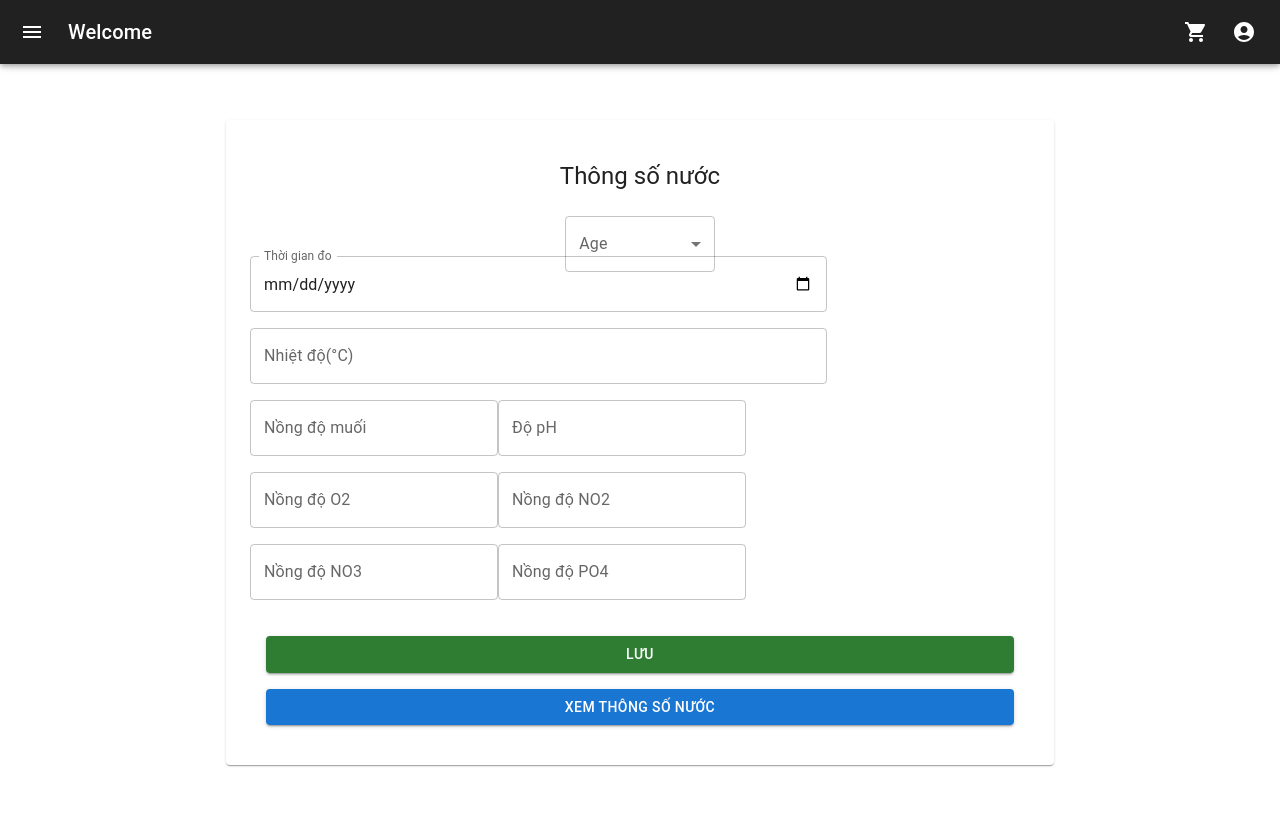
Repository: huynguyenj/KOICARE_FRONTEND
Page: /userhome/param (app in kcs-frontend/)
The author's editor kept a copy of each file at every save. The page is drawn from the files as they stood at one save, then again after a run of saves.
The browser window is 1280 px wide. The pictures show the whole page.
The project was rebuilt for these pictures with package versions that can differ from the ones it lists, and the page was loaded fresh each time. Also part of the build but not shown: kcs-frontend/vite.config.js, kcs-frontend/src/components/Header/Header.css, kcs-frontend/src/components/Header/Header.jsx, kcs-frontend/src/components/Footer/Footer.jsx, kcs-frontend/src/components/Footer/FooterEnd.jsx, kcs-frontend/src/components/Footer/FooterCR.jsx, kcs-frontend/src/components/Footer/Footer1.jsx, kcs-frontend/src/pages/Guest/Home/Home.jsx and 38 more.

Above is the page before, as saved 2024-10-26 14:56:08.

After the next 3 saves:
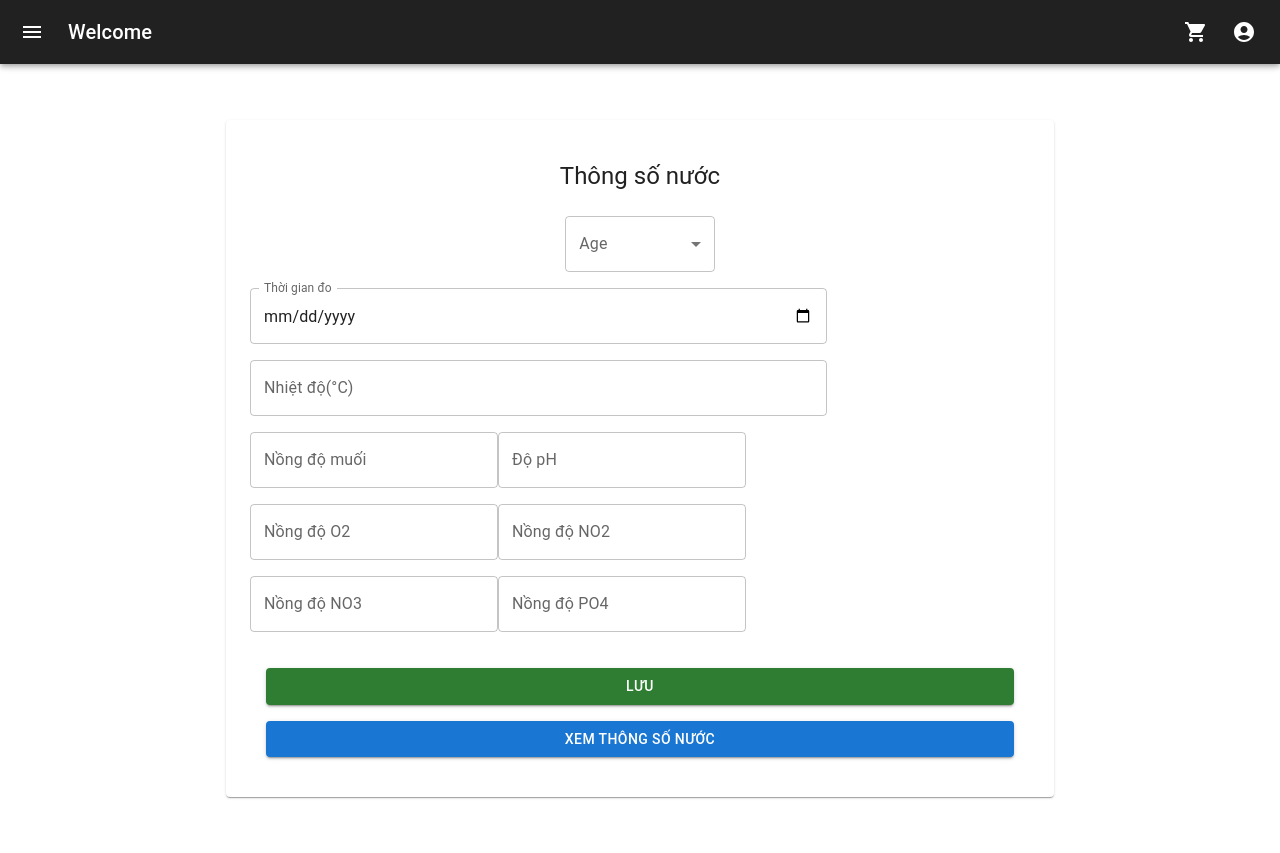
The 3 saves are shown as one change because they came seconds apart.
The last was saved 9 s later.
--- a/kcs-frontend/src/pages/Calculate/WaterParam/AddWaterParam.jsx
+++ b/kcs-frontend/src/pages/Calculate/WaterParam/AddWaterParam.jsx
@@ -91,7 +91,7 @@ function AddWaterParam() {
           <Typography variant="h5" sx={{ mb: 3 }}>
             Thông số nước
           </Typography>
-          <FormControl sx={{width:"20%"}}>
+          <FormControl sx={{width:"20%", mb:4}}>
         <InputLabel id="demo-simple-select-label">Age</InputLabel>
         <Select
           labelId="demo-simple-select-label"
